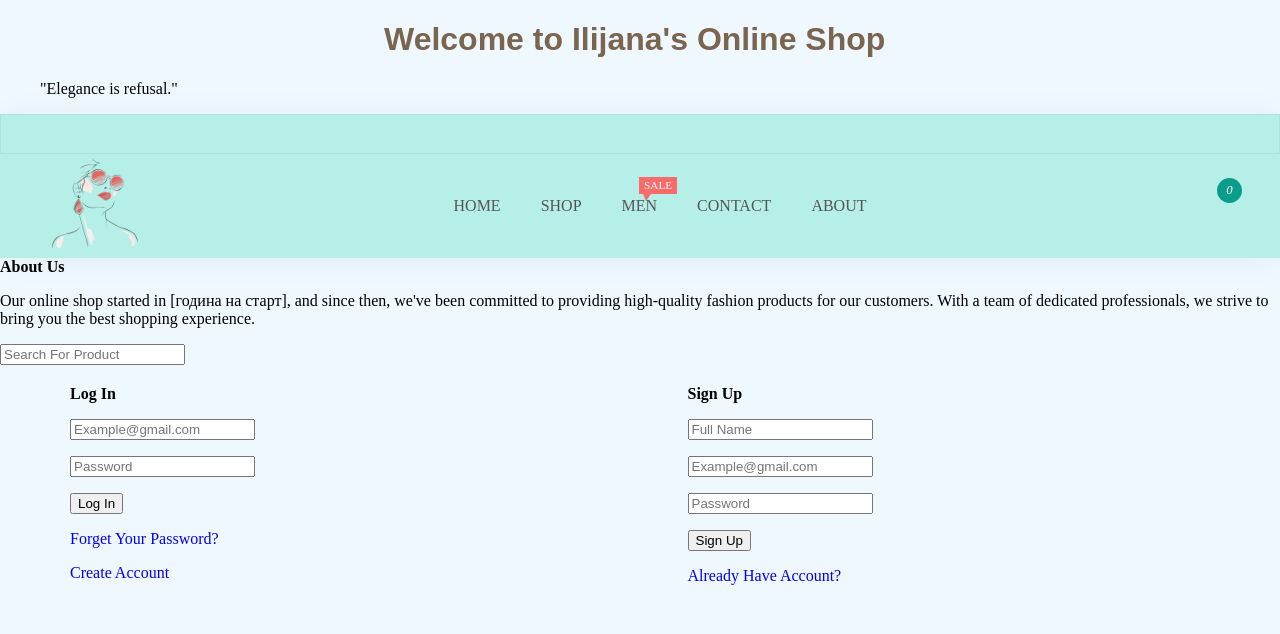
Repository: ilijana123/Proekt1
Page: html.html
The author's editor kept a copy of each file at every save. The page is drawn from the files as they stood at one save, then again after the next save.
The browser window is 1280 px wide. The pictures show the part of the page from y = 0 to 634 px (the page is 4450 px tall before and 4486 px after).
Pictures or frames that could not be fetched are drawn as grey boxes. A picture or video elsewhere on the page could not be fetched, so the positions and the page height are approximate. The page's requests for data from a server got no answer.

Above is the page before, as saved 2023-11-13 03:35:24.
Console error: TypeError: Cannot read properties of null (reading 'appendChild')

### html.html
<!DOCTYPE html>
<html>
    <head>

    <meta charset="utf-8">
    <title>Online shop</title>
    <link rel="stylesheet" type="text/css" href="1.css">
    <script src="script.js"></script>

    </head>

    <body>
    <header>
       <h1>Welcome to Ilijana's Online Shop</h1>
       <blockquote>
        <p>"Elegance is refusal." </p>
    </blockquote>
    </header>
    <nav>
 <div class="social-call">
     <div class="social">
         <a href="#"><i class="fab fa-facebook-f"></i></a>
         <a href="#"><i class="fab fa-twitter"></i></a>
         <a href="#"><i class="fab fa-youtube"></i></a>
         <a href="#"><i class="fab fa-instagram"></i></a>
     </div>
 </div>
 <div class="navigation">
     <a href="#" class="logo"><img src="logo.png"></a>
     <div class="toggle"></div>
     <ul class="menu">
         <li><a href="#">Home</a></li>
         <li  class="shop"><a href="#" >Shop</a></li>
         <li><a href="#">Men</a>
             <span class="sale-lable">Sale</span>
         </li>
         <li><a href="#">Contact</a></li>
         <li><a href="#">About</a></li>
     </ul>
     <div class="right-menu">
         <a href="javascript:void(0);" class="search">
             <i class="fas fa-search"></i>
         </a>
         <a href="javascript:void(0);" class="user">
             <i class="far fa-user"></i>
         </a>
         <a href="#">
             <i class="fas fa-shopping-cart">
                 <span class="num-cart-product">0</span>
             </i>
         </a>
     </div>
     </div>
 </nav>
 <section class="about">
    <div class="about-heading">
        <strong>About Us</strong>
    </div>
    <div class="about-content">
        <p>Our online shop started in [година на старт], and since then, we've been committed to providing high-quality fashion products for our customers. With a team of dedicated professionals, we strive to bring you the best shopping experience.</p>
    </div>
</section>
 <div class="search-bar">
    <div class="search-input">
    <input type="text" placeholder="Search For Product" name="search" />
    <a href="javascript:void(0);" class="search-cancel">
        <i class="fas fa-times"></i>
    </a>
</div>
</div>
 <div class="form">
    <div class="login-form">
        <a href="javascript:void(0);" class="form-cancel">
            <i class="fas fa-times"></i>
        </a>
        <strong>Log In</strong>
        <form>
            <p><input type="email" name="email" placeholder="Example@gmail.com" required/></p>
            <p><input type="password" name="password" placeholder="Password" required/></p>
            <p><input type="submit" value="Log In"/></p>
        </form>
        <div class="form-btns">
            <p><a href="#" class="forget">Forget Your Password?</a></p>
            <p><a href="javascript:void(0);" class="sign-up-btn">Create Account</a></p>
        </div>
    </div>
        <div class="sign-up-form">
        <a href="javascript:void(0);" class="form-cancel">
            <i class="fas fa-times"></i>
        </a>
            <strong>Sign Up</strong>
            <form>
                <p><input type="text" name="fullname" placeholder="Full Name" required/></p>
                <p><input type="email" name="email" placeholder="Example@gmail.com" required/></p>
                <p><input type="password" name="password" placeholder="Password" required/></p>
                <p><input type="submit" value="Sign Up"/></p>
            </form>
            <div class="form-btns">
                <a href="javascript:void(0);" class="already-account">
                    Already Have Account?</a>

            </div>
        </div>
</div>
<ul id="adaptive" class="cs-hidden">
    <li class="item-a">
<div class="full-slider-box f-slide-1">

    <div class="f-slider-text-container">
    <div class="f-slider-text">
        <span>Limited Offer</span>
        <strong>30% Off<br/> With <font>Promo Code</font></strong>
        <a href="#" class="f-slider-btn">Shop Now</a>
    </div>
    </div>

</div>
</li>
    <li class="item-b">
<div class="full-slider-box f-slide-2">

    <div class="f-slider-text-container">
    <div class="f-slider-text">
        <span>Limited Offer</span>
        <strong>30% Off<br/> With <font>Promo Code</font></strong>
        <a href="#" class="f-slider-btn">Shop Now</a>
    </div>
    </div>

</div>
</li>
     <li class="item-c">
<div class="full-slider-box f-slide-3">

    <div class="f-slider-text-container">
    <div class="f-slider-text">
        <span>Limited Offer</span>
        <strong>30% Off<br/> With <font>Promo Code</font></strong>
        <a href="#" class="f-slider-btn">Shop Now</a>
    </div>
    </div>

</div>
</li>

</ul>
        <ul id="autoWidth" class="container" class="cs-hidden">
            <li class="item">
                <div class="feature-box">
                    <a href="#">
                        <img src="images/feature_1.jpg">
                    </a>
                </div>
                <span>T-Shirts</span>
            </li>
            <li class="item">
                <div class="feature-box">
                    <a href="#">
                        <img src="images/feature_2.jpg">
                    </a>
                </div>
                <span>Men T-Shirts</span>
            </li>
            <li class="item">
                <div class="feature-box">
                    <a href="#">
                        <img src="images/feature_3.jpg">
                    </a>
                </div>
                <span>Kids T-Shirts</span>
            </li>
            <li class="item">
                <div class="feature-box">
                    <a href="#">
                        <img src="images/feature_4.jpg">
                    </a>
                </div>
                <span>Pillow</span>
            </li>
            <li class="item">
                <div class="feature-box">
                    <a href="#">
                        <img src="images/feature_5.jpg">
                    </a>
                </div>
                <span>Phone Cover</span>
            </li>
            <li class="item">
                <div class="feature-box">
                    <a href="#">
                        <img src="images/feature_6.jpg">
                    </a>
                </div>
                <span>Shopping Bags</span>
            </li>

          </ul>
   <section class="new-arrival">
    <div class="arrival-heading">
        <strong>New Arrival</strong>
        <p>We Provide You New Fasion Design Clothes</p>
    </div>
      <div class="product-container">
          <div class="product-box">
              <div class="product-img">
                  <a href="#" class="add-cart">
                      <i class="fas fa-shopping-cart"></i>
                    </a>
                <img src="images/p-1.png">
              </div>
              <div class="product-details">
                  <a href="#" class="p-name">Drawstring T-Shirt</a>
                  <span class="p-price">$22.00</span>
              </div>
          </div>
            <div class="product-box">
                <div class="product-img">
                  <a href="#" class="add-cart"><i class="fas fa-shopping-cart"></i></a>
                  <img src="images/p-2.png">
                </div>
                <div class="product-details">
                    <a href="#" class="p-name">Drawstring T-Shirt</a>
                    <span class="p-price">$22.00</span>
                </div>
            </div>
          <div class="product-box">
            <div class="product-img">
                <a href="#" class="add-cart"><i class="fas fa-shopping-cart"></i></a>
              <img src="images/p-3.png">
            </div>
            <div class="product-details">
                <a href="#" class="p-name">Drawstring T-Shirt</a>
                <span class="p-price">$22.00</span>
            </div>
        </div>
          <div class="product-box">
            <div class="product-img">
                <a href="#" class="add-cart"><i class="fas fa-shopping-cart"></i></a>
              <img src="images/p-4.png">
            </div>
            <div class="product-details">
                <a href="#" class="p-name">Drawstring T-Shirt</a>
                <span class="p-price">$22.00</span>
            </div>
        </div>
          <div class="product-box">
            <div class="product-img">
                <a href="#" class="add-cart"><i class="fas fa-shopping-cart"></i></a>
              <img src="images/p-5.png">
            </div>
            <div class="product-details">
                <a href="#" class="p-name">Drawstring T-Shirt</a>
                <span class="p-price">$22.00</span>
            </div>
        </div>
          <div class="product-box">
            <div class="product-img">
                <a href="#" class="add-cart"><i class="fas fa-shopping-cart"></i></a>
              <img src="images/p-6.png">
            </div>
            <div class="product-details">
                <a href="#" class="p-name">Drawstring T-Shirt</a>
                <span class="p-price">$22.00</span>
            </div>
        </div>
          <div class="product-box">
            <div class="product-img">
                <a href="#" class="add-cart"><i class="fas fa-shopping-cart"></i></a>
              <img src="images/p-7.png">
            </div>
            <div class="product-details">
                <a href="#" class="p-name">Drawstring T-Shirt</a>
                <span class="p-price">$22.00</span>
            </div>
        </div>
          <div class="product-box">
            <div class="product-img">
                <a href="#" class="add-cart">
                    <i class="fas fa-shopping-cart"></i>
                </a>
              <img src="images/p-8.png">
            </div>
            <div class="product-details">
                <a href="#" class="p-name">Drawstring T-Shirt</a>
                <span class="p-price">$22.00</span>
            </div>
        </div>
      </div>
  </section>
 <section class="sale">
    <div class="sale-box sale-1">
        <img src="images/sale-1.jpg">

        <a href="#">
        <div class="sale-text">
          <strong>Bag with rose pattern</strong>
          <span>Sale off 25%</span>
        </div></a>

      </div>
    <div class="sale-box sale-1">
      <img src="images/sale-2.jpg">

      <a href="#"><div class="sale-text">
        <strong>Hello Summer</strong>
        <span>Sale off 20%</span>
      </div></a>

    </div>
     <div class="sale-box sale-1">
      <img src="images/sale-3.jpg">

      <a href="#">
      <div class="sale-text">
        <strong>Let's Party Hard Pillow</strong>
        <span>Sale off 25%</span>
      </div></a>

    </div>

</section>
 <section class="feature-item">
    <div class="feature-heading">
    <strong>Featured Items</strong>
    <p>We Provide You New Fasion Design Clothes</p>
        </div>
      <div class="product-container">
          <div class="product-box">
              <div class="product-img">
                  <a href="#" class="add-cart"><i class="fas fa-shopping-cart"></i></a>
                <img src="images/p-1.png">
              </div>
              <div class="product-details">
                  <a href="#" class="p-name">Drawstring T-Shirt</a>
                  <span class="p-price">$22.00</span>
              </div>
          </div>
            <div class="product-box">
                <div class="product-img">
                  <a href="#" class="add-cart"><i class="fas fa-shopping-cart"></i></a>
                  <img src="images/p-2.png">
                </div>
                <div class="product-details">
                    <a href="#" class="p-name">Drawstring T-Shirt</a>
                    <span class="p-price">$22.00</span>
                </div>
            </div>
          <div class="product-box">
            <div class="product-img">
                <a href="#" class="add-cart"><i class="fas fa-shopping-cart"></i></a>
              <img src="images/p-3.png">
            </div>
            <div class="product-details">
                <a href="#" class="p-name">Drawstring T-Shirt</a>
                <span class="p-price">$22.00</span>
            </div>
        </div>
         <div class="product-box">
            <div class="product-img">
                <a href="#" class="add-cart"><i class="fas fa-shopping-cart"></i></a>
              <img src="images/p-4.png">
            </div>
            <div class="product-details">
                <a href="#" class="p-name">Drawstring T-Shirt</a>
                <span class="p-price">$22.00</span>
            </div>
        </div>

            </div>
            </section>
<div class="banner-box f-slide-3">

    <div class="banner-text-container">
    <div class="banner-text">
        <span>Limited Offer</span>
        <strong>30% Off<br/> With <font>Promo Code</font></strong>
        <a href="#" class="banner-btn">Shop Now</a>
    </div>
    </div>

</div>
    <section class="services">
        <div class="services-box">
            <i class="fas fa-shipping-fast"></i>
            <span>Free Shipping</span>
            <p>Free Shipping for all US order</p>
        </div>
        <div class="services-box">
            <i class="fas fa-headphones-alt"></i>
            <span>Support 24/7</span>
            <p>We support 24h a day</p>
        </div>
        <div class="services-box">
            <i class="fas fa-sync"></i>
            <span>100% Money Back</span>
            <p>You have 30 days to Return</p>
        </div>

    </section>
    <footer>
        <span class="copyright">
            Copyright 2020 - GoingToInternet
        </span>
        <div class="subscribe">
            <form>
            <input type="email" placeholder="Example@gmail.com" required/>
            <input type="submit" value="Subscribe">
            </form>
        </div>
    </footer>
    </body>
</html>

Loaded but not shown: script.js (85 lines, source omitted); 1.css (679 lines, source omitted)

After the next save:
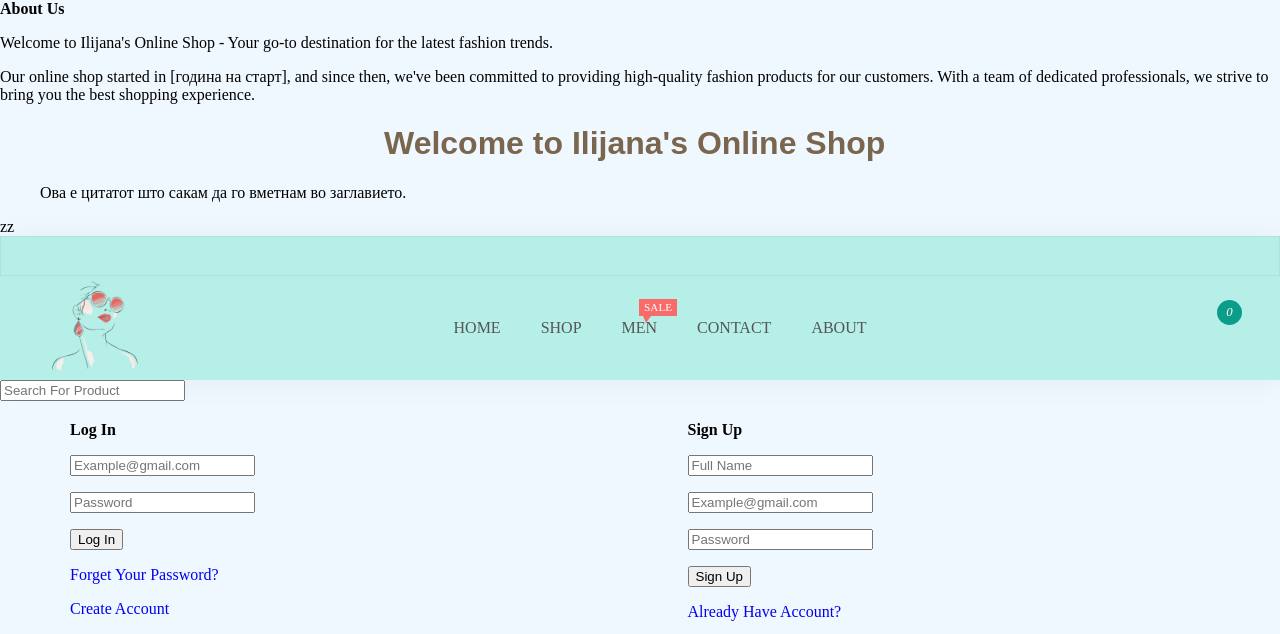
Saved 3 min 45 s later.
--- a/html.html
+++ b/html.html
@@ -10,11 +10,21 @@
     </head>
 
     <body>
+        <section class="about">
+            <div class="about-heading">
+                <strong>About Us</strong>
+                <p>Welcome to Ilijana's Online Shop - Your go-to destination for the latest fashion trends.</p>
+            </div>
+            <div class="about-content">
+                <p>Our online shop started in [година на старт], and since then, we've been committed to providing high-quality fashion products for our customers. With a team of dedicated professionals, we strive to bring you the best shopping experience.</p>
+                <!-- Дополнителни информации може да ги додадете според вашите потреби -->
+            </div>
+        </section>
     <header>
        <h1>Welcome to Ilijana's Online Shop</h1>
        <blockquote>
-        <p>"Elegance is refusal." </p>
-    </blockquote>
+    <p>Ова е цитатот што сакам да го вметнам во заглавието.</p>
+</blockquote>zz
     </header>
     <nav>
  <div class="social-call">
@@ -52,14 +62,6 @@
      </div>
      </div>
  </nav>
- <section class="about">
-    <div class="about-heading">
-        <strong>About Us</strong>
-    </div>
-    <div class="about-content">
-        <p>Our online shop started in [година на старт], and since then, we've been committed to providing high-quality fashion products for our customers. With a team of dedicated professionals, we strive to bring you the best shopping experience.</p>
-    </div>
-</section>
  <div class="search-bar">
     <div class="search-input">
     <input type="text" placeholder="Search For Product" name="search" />
